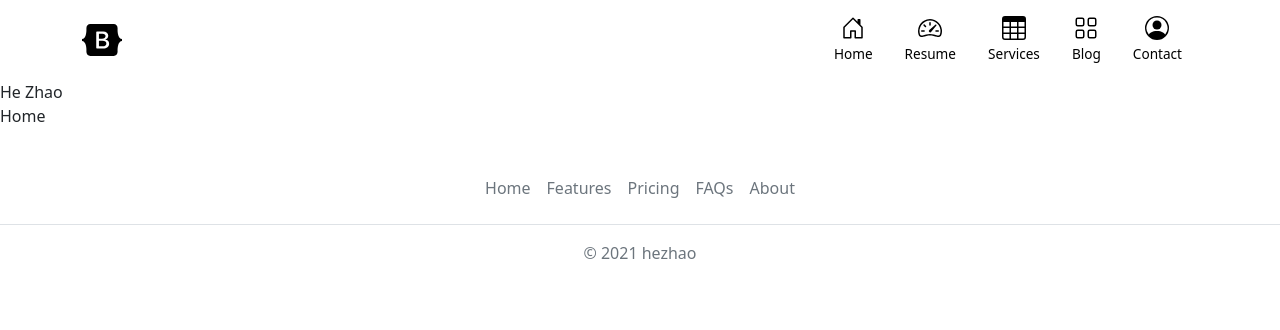
Repository: HeZhao-hugh/personal-web
Page: index.html
An editor plug-in stored every save of this project. The page is shown before and after the next save, followed by the edit.
The browser window is 1280 px wide. The pictures show the whole page.

Above is the page before, as saved 2022-01-19 17:50:00.

After the next save:
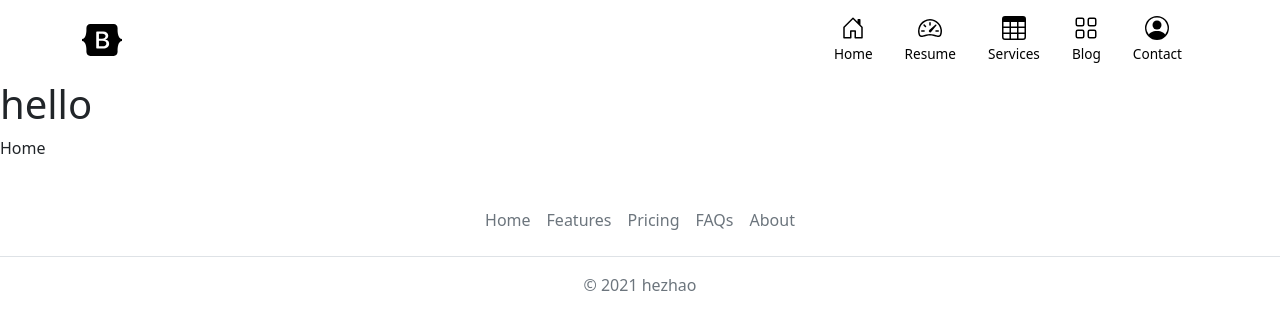
Saved 77 s later.
--- a/index.html
+++ b/index.html
@@ -108,7 +108,9 @@
             <!-- Home page -->
             <div id="Home" class="page">
                 <div class="page_header">
-                    He Zhao
+                    <h1>
+                        hello
+                    </h1>
                 </div>
                 <div class="page_content">
                     Home
